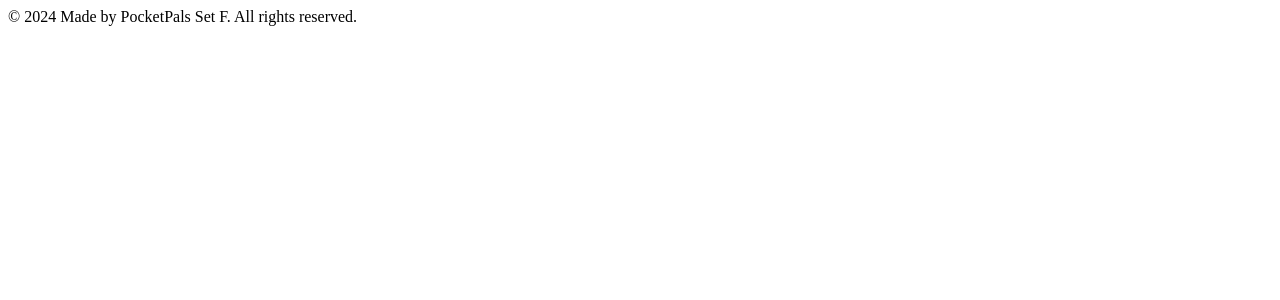
Repository: klee616/style-guideline
Page: index.html
An editor plug-in stored every save of this project. The page is shown before and after the next save, followed by the edit.
The browser window is 1280 px wide. The pictures show the whole page.

Above is the page before, as saved 2024-04-05 19:35:03.

### index.html
<!DOCTYPE html>
<html lang="en">
<head>
    <meta charset="UTF-8">
    <meta name="viewport" content="width=device-width, initial-scale=1.0">
    <title>MDIA-2106 PocketPals Set F - Team 19</title>
</head>
<body>



    <footer>© 2024 Made by PocketPals Set F. All rights reserved.</footer>
</body>
</html>

### css/styles.css
:root {
    --main-footer-background-color: rgb(0, 0, 0);
    --main-footer-color: rgb(255, 255, 255);
}


footer {
    background: var(--main-footer-background-color);
    color: var(--main-footer-color);
    width: 100vh;
    height: 50px;

}

After the next save:
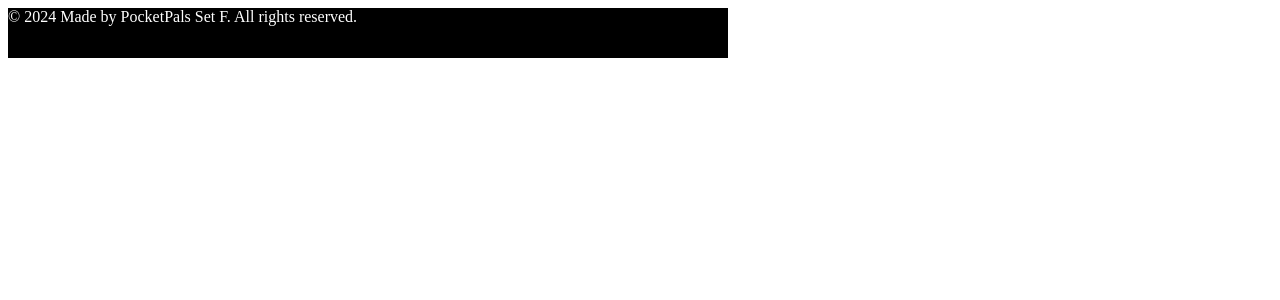
Saved 60 s later.
--- a/index.html
+++ b/index.html
@@ -4,6 +4,7 @@
     <meta charset="UTF-8">
     <meta name="viewport" content="width=device-width, initial-scale=1.0">
     <title>MDIA-2106 PocketPals Set F - Team 19</title>
+    <link  rel="stylesheet" href="./css/styles.css">
 </head>
 <body>
 
